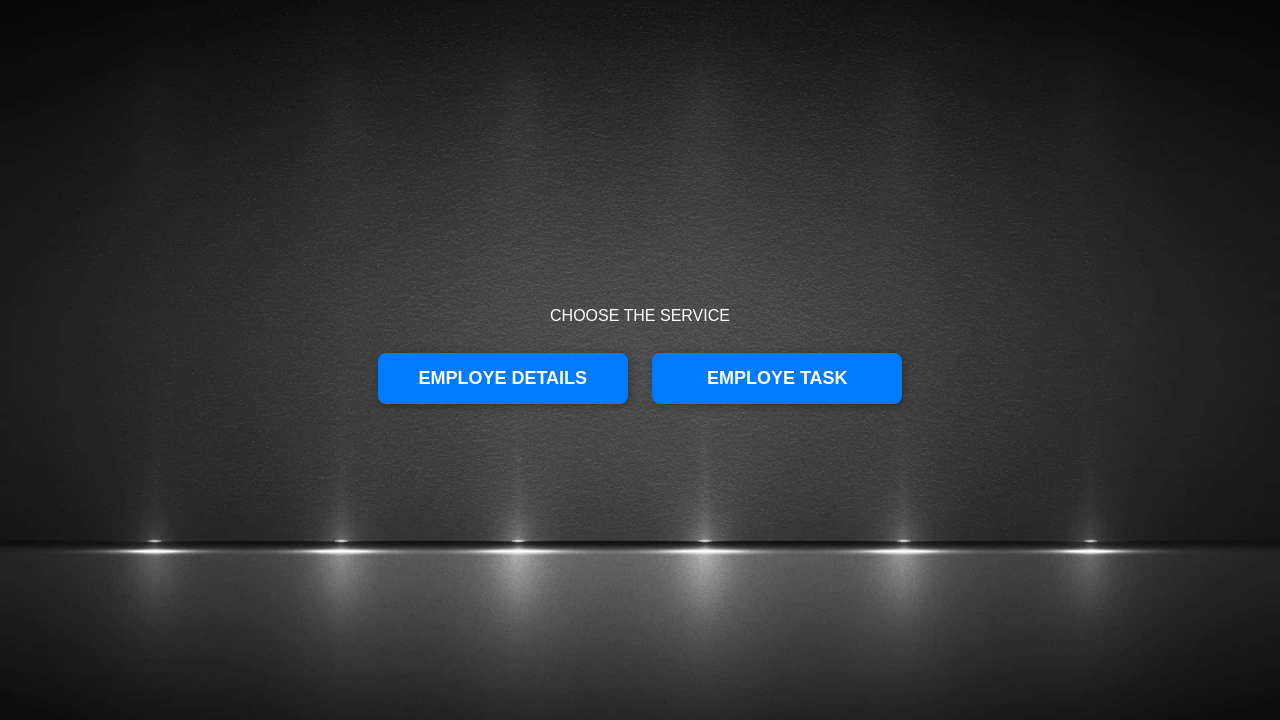
Repository: siva-shankar-2004/EmployeeManagementSystem
Page: src/main/resources/static/choice.html
These files come from the project's save history. The page is drawn as it stood at one moment and after the next save; the edit follows.
The browser window is 1280 px wide. The pictures show the whole page.

Above is the page before, as saved 2025-04-04 21:45:38.

After the next save:
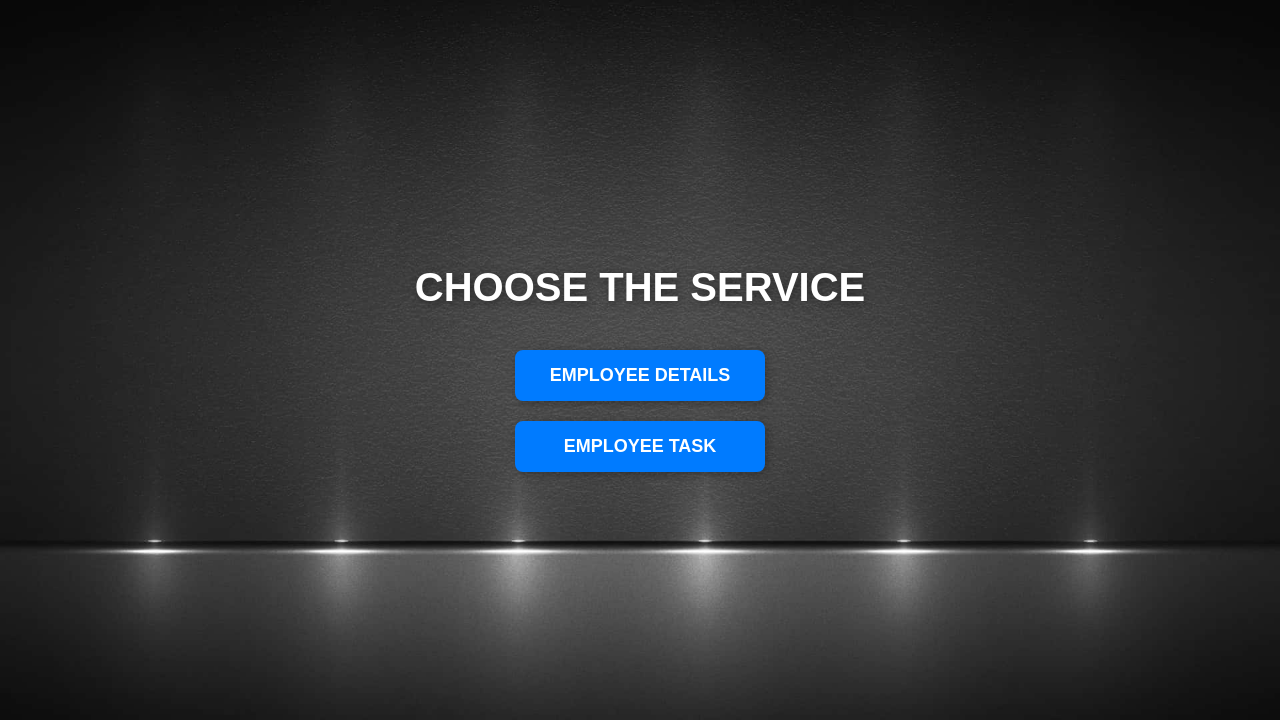
Saved 2 min 3 s later.
--- a/src/main/resources/static/choice.html
+++ b/src/main/resources/static/choice.html
@@ -5,7 +5,6 @@
     <meta name="viewport" content="width=device-width, initial-scale=1.0">
     <title>Employee Management</title>
     <style>
-        /* General Page Styling */
         body {
             font-family: 'Arial', sans-serif;
             margin: 0;
@@ -20,7 +19,12 @@
             height: 100vh;
         }
 
-        /* Employee Button Styling */
+        h1 {
+            margin-bottom: 30px;
+            font-size: 2.5em;
+            text-shadow: 2px 2px 10px rgba(0, 0, 0, 0.4);
+        }
+
         .employee-btn {
             width: 250px;
             padding: 15px;
@@ -44,15 +48,12 @@
 </head>
 
 <body>
-    <center
+
     <h1>CHOOSE THE SERVICE</h1>
-    <br>
-    <br>
 
-    <!-- Employee Buttons -->
-    <button class="employee-btn">EMPLOYE DETAILS</button>
-    <button class="employee-btn">EMPLOYE TASK</button>
-</center>
+    <!-- Navigation Buttons -->
+    <button class="employee-btn" onclick="location.href='employee-details.html'">EMPLOYEE DETAILS</button>
+    <button class="employee-btn" onclick="location.href='employee-task.html'">EMPLOYEE TASK</button>
+
 </body>
-
 </html>
